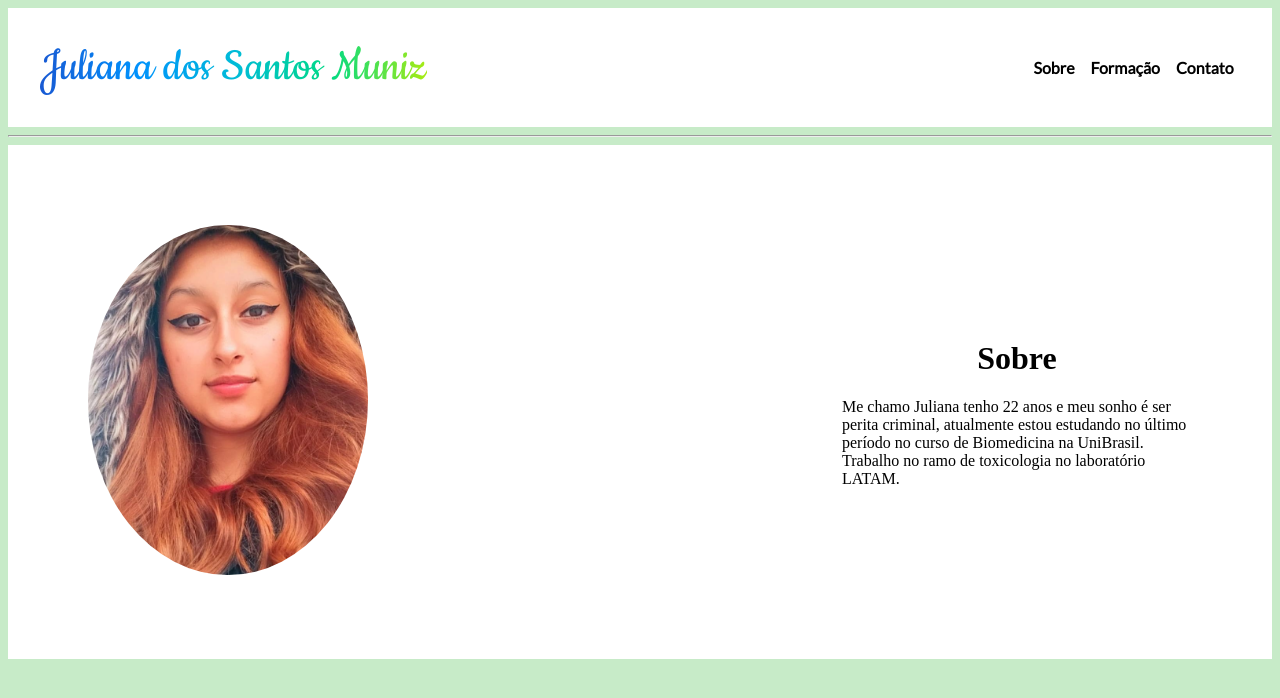
Repository: joaovnogueira/Portfolio-Juliana
Page: index.html
These files come from the project's save history. The page is drawn as it stood at one moment and after a run of saves; the edit follows.
The browser window is 1280 px wide. The pictures show the whole page.

Above is the page before, as saved 2022-06-14 16:04:34.

### index.html
<!DOCTYPE html>
<html lang="en">
<head>
    <link rel="stylesheet" href="styles.css">
    <meta charset="UTF-8">
    <meta http-equiv="X-UA-Compatible" content="IE=edge">
    <meta name="viewport" content="width=device-width, initial-scale=1.0">
    <title>Portfólio Juliana</title>
</head>
<body>
    <header>
        <nav>
            <div class="logo">Juliana dos Santos Muniz</div>
            <div class="menu">
                <a href="">Sobre</a>
                <a href="">Formação</a>
                <a href="">Contato</a>
            </div>
        </nav>
    </header>
    <hr>
    <main>
        <div class="perfil">
            <div class="foto">
                <img src="./assets/foto-perfil.png" alt="Foto de perfil" id="fotoperfil">
            </div>
            <div class="separator"></div>
            <div class="conteudo">
                <img src="" alt=""><h1>Sobre</h1>
                <p>Me chamo Juliana tenho 22 anos e meu sonho é ser perita criminal,
                atualmente estou estudando no último período no curso de Biomedicina na UniBrasil.
                Trabalho no ramo de toxicologia no laboratório LATAM.</p>
            </div>
        </div>
    </main>
    <footer></footer>
</body>
</html>

### styles.css
@import url('https://fonts.googleapis.com/css2?family=Cookie&display=swap');
@import url('https://fonts.googleapis.com/css2?family=Lato&display=swap');

body{
    background-color: #C7EBC8;
}

header {
    background-color: #FFFFFF;
    padding: 2rem;
    align-items: center;
}

nav{
    display: flex;
    justify-content: space-between;
    align-items: center;
}

.logo{
    font-family: 'Cookie', cursive;
    font-size: 50px;
    background-clip: text;
    -webkit-background-clip: text;
    background-image: linear-gradient(to right, #1859d3, #0091fc, #00bbd9, #00da84, #a8eb12);
    color: transparent;
}

.menu{
    font-family: 'Lato', sans-serif;
    font-weight: bold;
}

a{
    text-decoration: none;
    color: black;
    margin: .4rem;
}

hr{
    background-color: #FFFFFF;
}


.perfil {
    background-color: #FFFFFF;
    display: flex;
    padding: 5rem;
    align-items: center;
    justify-content: space-between;
}

.foto{
    align-items: center;
}

.conteudo{
   max-width: 350px;
   max-height: 100vh;
}

h1{
    text-align: center;
}

p{
    text-align: left;
}

img{
    border-radius: 50%;
    max-width:750px;
    max-height:350px;
    width: auto;
    height: auto;
}

#icon{
    max-width: 40px;
    max-height:40px;

}

After the next 2 saves:
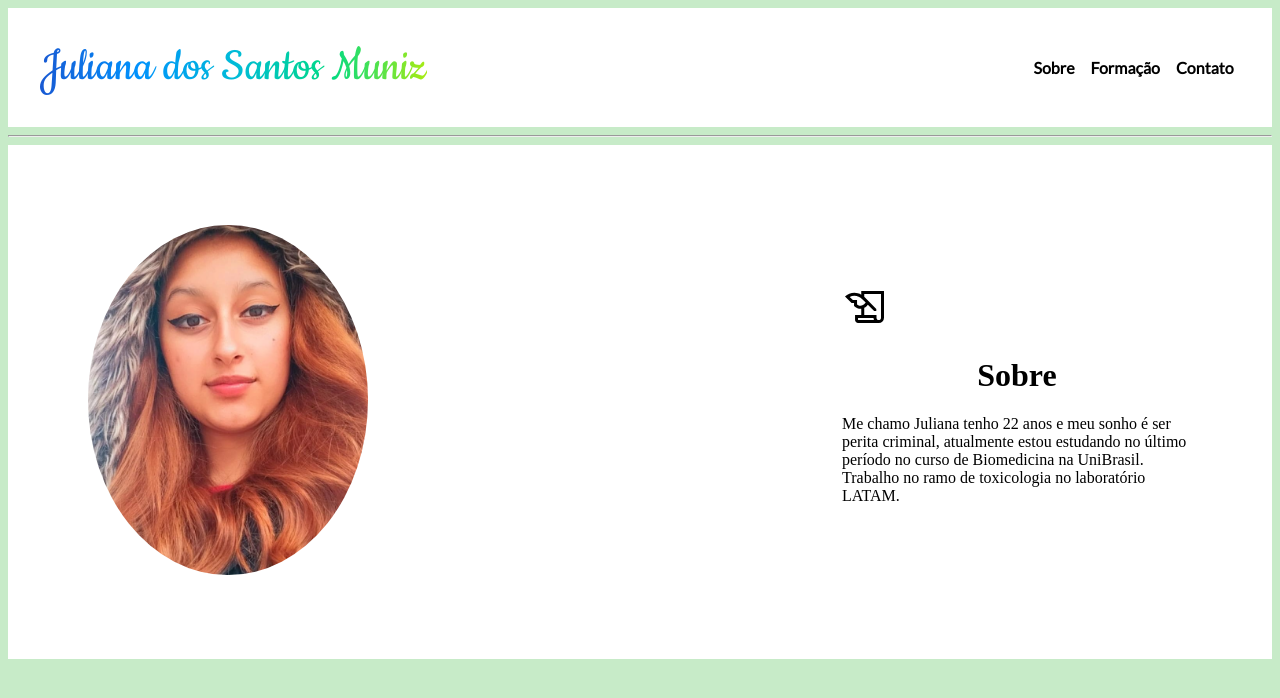
The 2 saves are shown as one change because they came seconds apart.
The last was saved 10 s later.
--- a/index.html
+++ b/index.html
@@ -26,7 +26,7 @@
             </div>
             <div class="separator"></div>
             <div class="conteudo">
-                <img src="" alt=""><h1>Sobre</h1>
+                <img src="./assets/sobre.svg" alt=""><h1>Sobre</h1>
                 <p>Me chamo Juliana tenho 22 anos e meu sonho é ser perita criminal,
                 atualmente estou estudando no último período no curso de Biomedicina na UniBrasil.
                 Trabalho no ramo de toxicologia no laboratório LATAM.</p>
